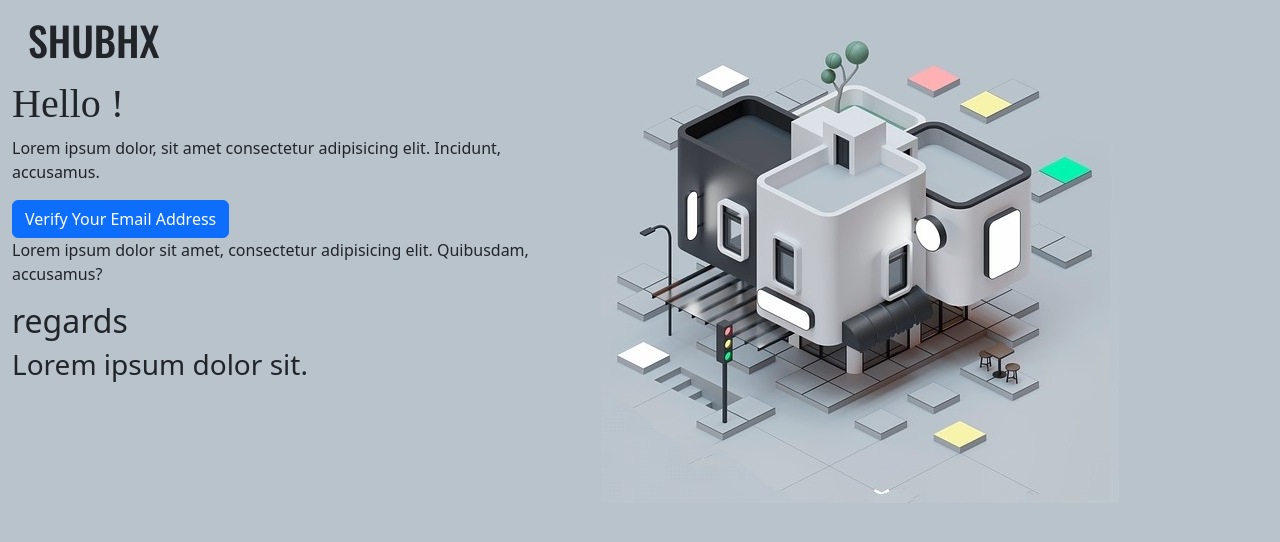
Repository: Aayush919/taskui
Page: index.html
The author's editor kept a copy of each file at every save. The page is drawn from the files as they stood at one save, then again after a run of saves.
The browser window is 1280 px wide. The pictures show the whole page.

Above is the page before, as saved 2024-01-12 13:30:02.

After the next 3 saves:
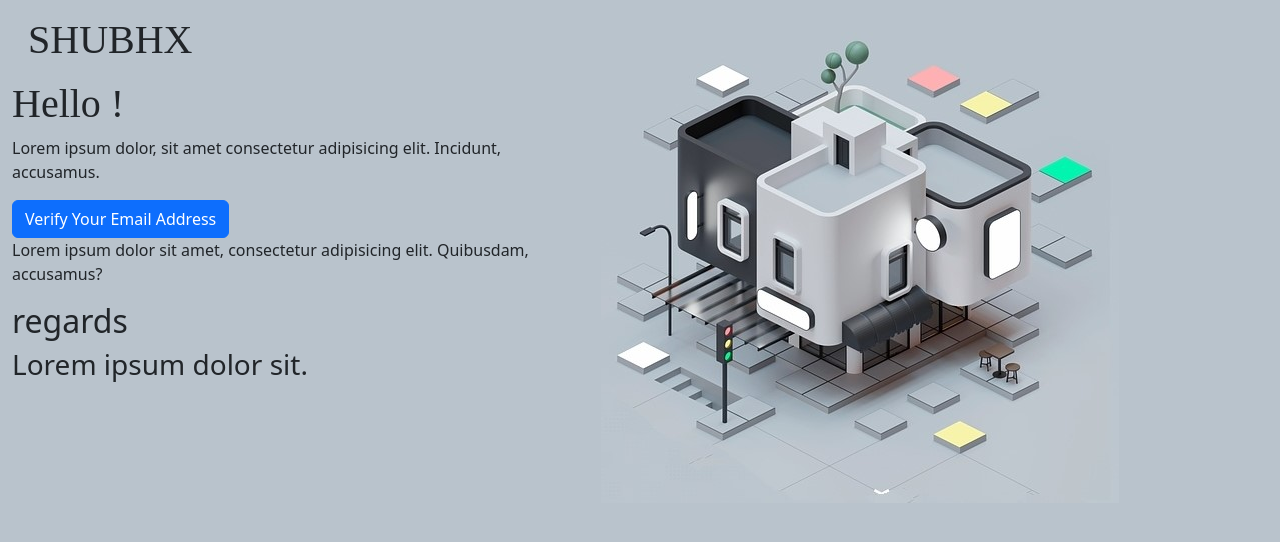
The 3 saves are shown as one change because they came seconds apart.
The last was saved 11 s later.
--- a/style.css
+++ b/style.css
@@ -1,8 +1,8 @@
 
-@import url('https://fonts.googleapis.com/css2?family=Oswald:wght@500&display=swap');
+@import ;
 @font-face {
     font-family: osw;
-    src: url();
+    src:url('https://fonts.googleapis.com/css2?family=Oswald:wght@500&display=swap')
 }
 
 *{
